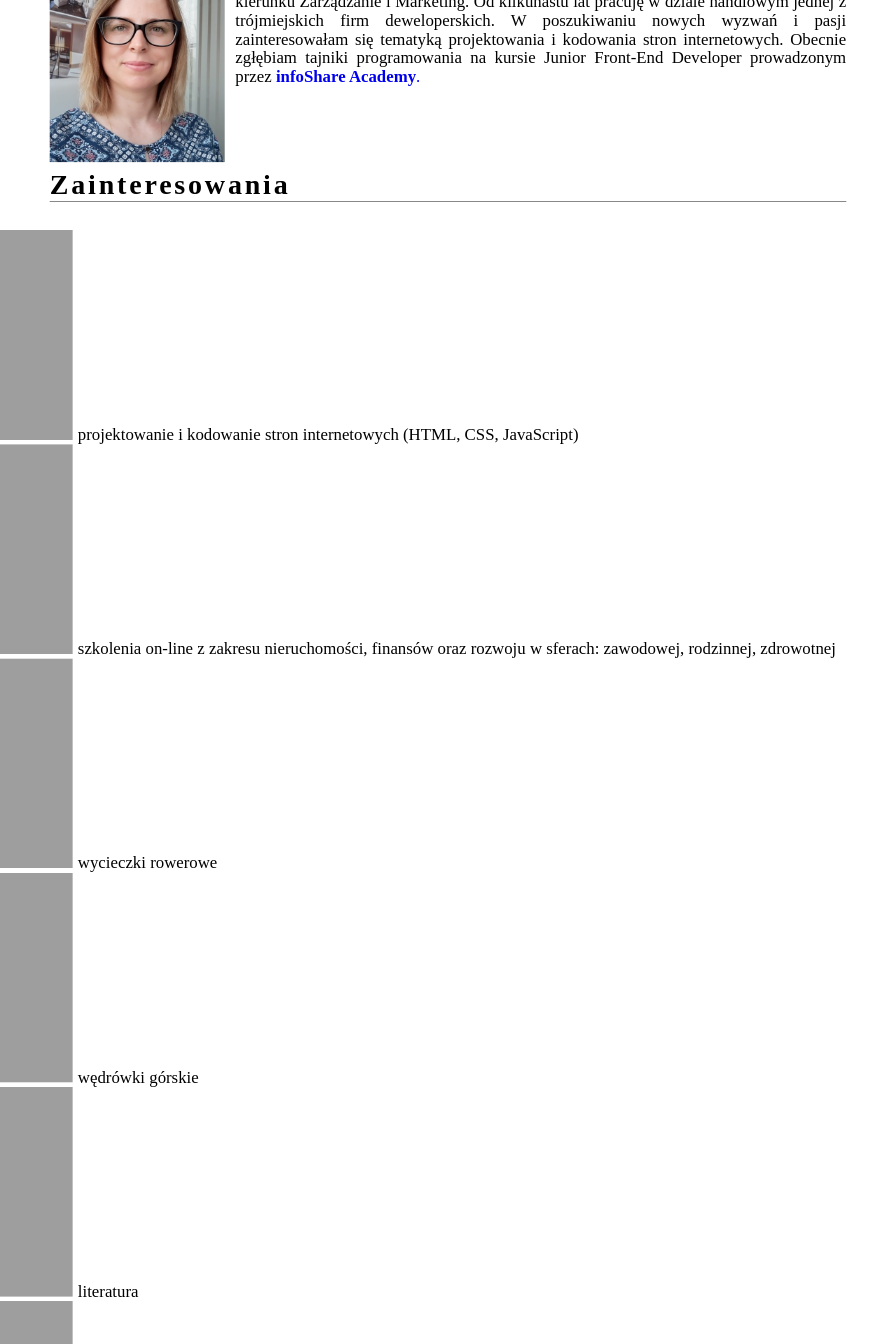
Repository: MagJaw/portfolio
Page: portfolio.html
The author's editor kept a copy of each file at every save. The page is drawn from the files as they stood at one save, then again after the next save.
The browser window is 1280 px wide. The pictures show the part of the page from y = 881 to 2801 px (the page is 6817 px tall before and 6830 px after), at 70% of full size.
A picture or video elsewhere on the page could not be fetched, so the positions and the page height are approximate.

Above is the page before, as saved 2018-11-21 20:59:16.

After the next save:
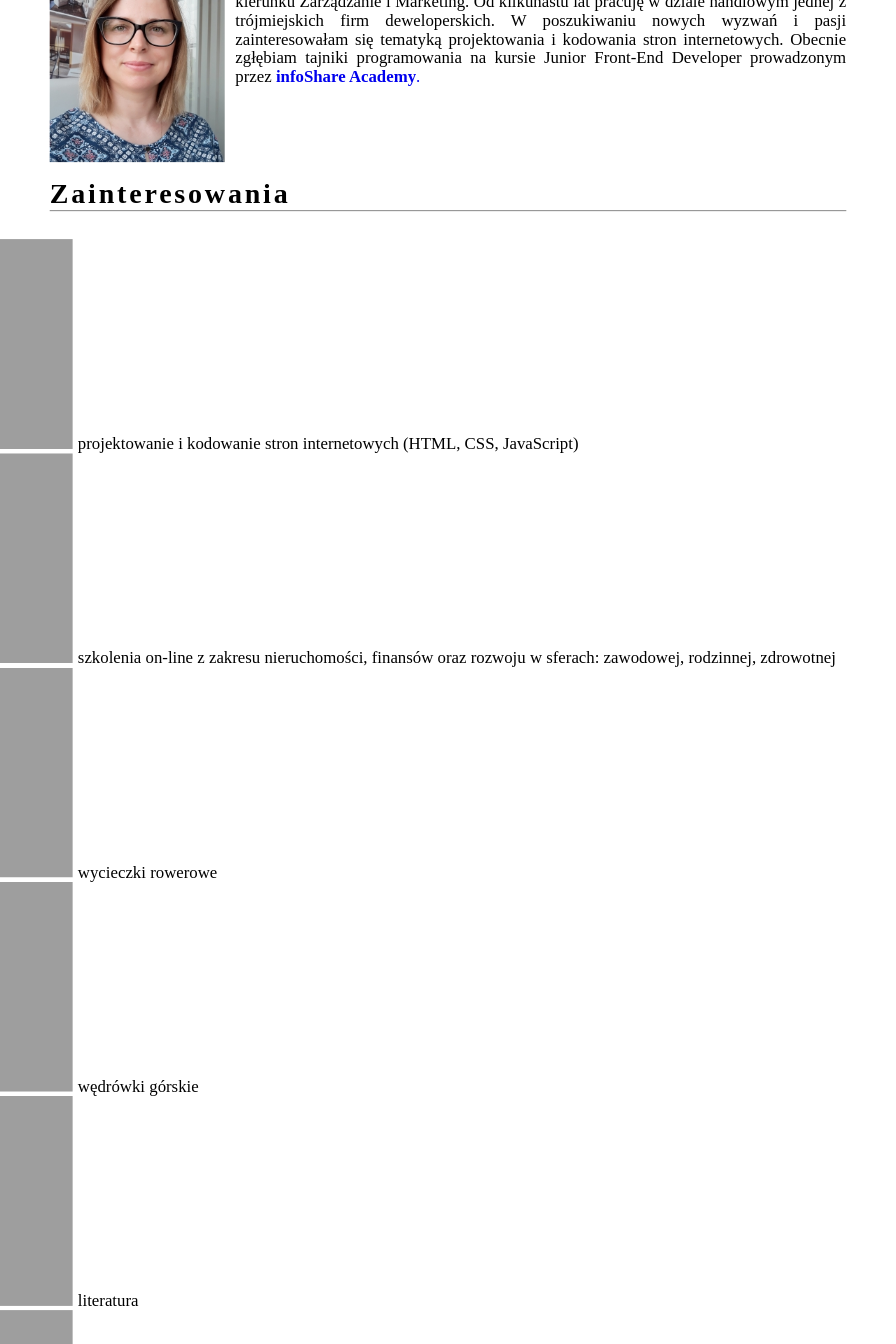
Saved 28 s later.
--- a/main.css
+++ b/main.css
@@ -215,7 +215,7 @@ list-style-image: url("https://img.icons8.com/color/15/000000/checkmark.png");
 @media screen and (min-width: 768px){
 
 #section2 {
-padding-bottom: 1vw;
+padding-bottom: 2vw;
 }
 
 #section2,
